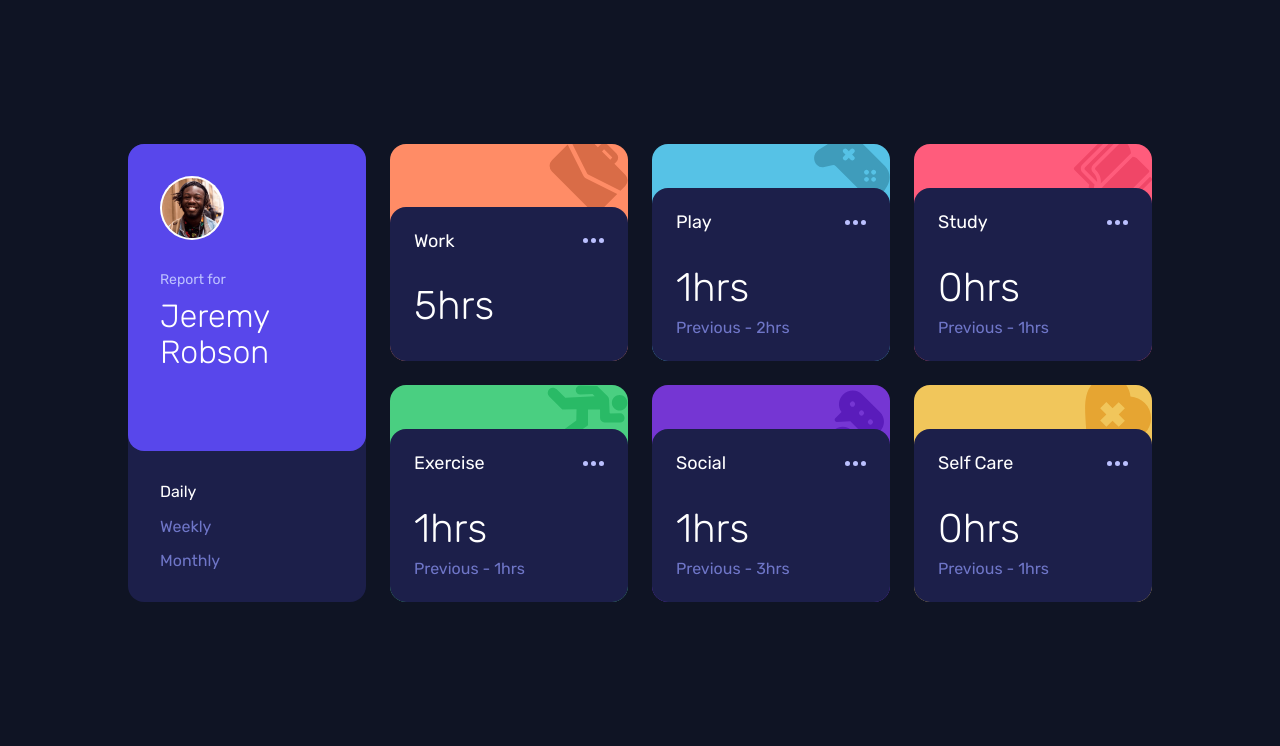
Repository: Jay-JYKim91/FM_time-tracking-dashboard
Page: index.html
The author's editor kept a copy of each file at every save. The page is drawn from the files as they stood at one save, then again after the next save.
The browser window is 1280 px wide. The pictures show the whole page.

Above is the page before, as saved 2021-12-16 22:41:04.

After the next save:
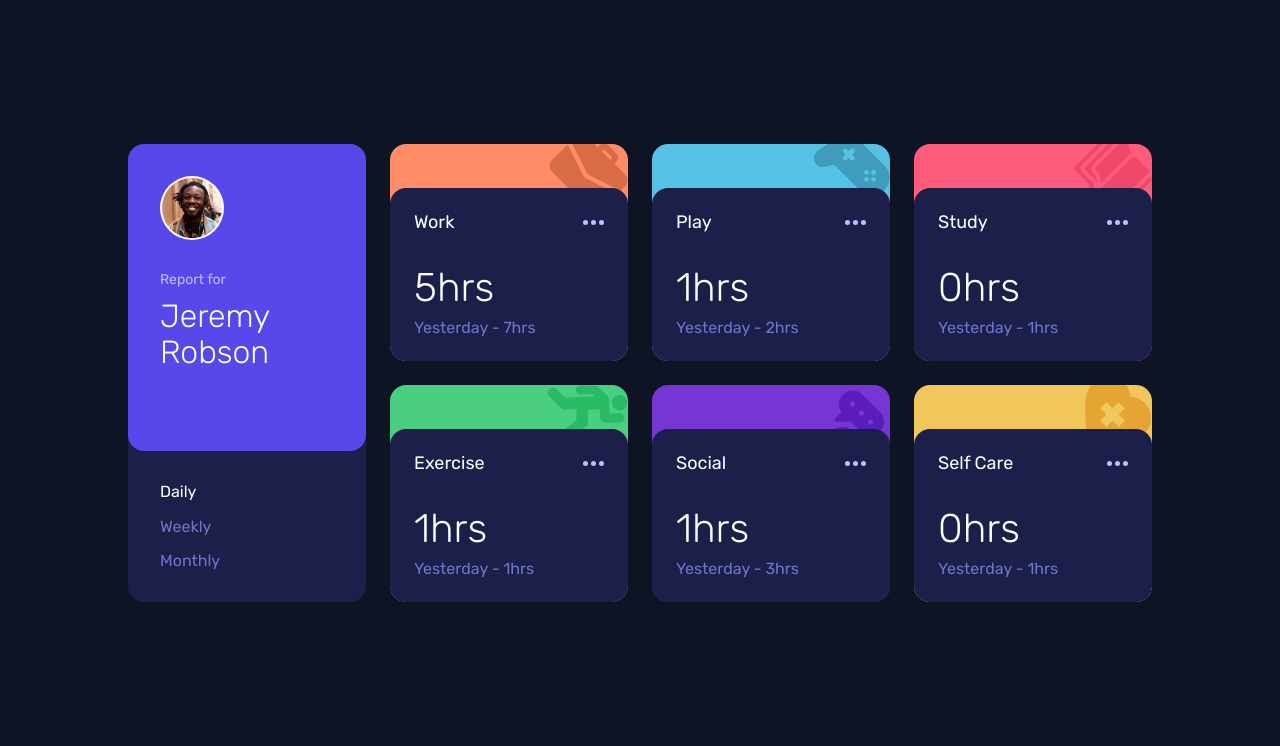
Saved 29 s later.
--- a/main.js
+++ b/main.js
@@ -31,7 +31,7 @@ fetch('./data.json')
     console.log(defaultPrevious);
     for (let i = 0; i < dailyCurrentList.length; i++) {
         defaultCurrent[i].innerText = dailyCurrentList[i] + 'hrs';
-        defaultPrevious[i].innerHext = 'Yesterday' + dailyPreviousList[i] + 'hrs';
+        defaultPrevious[i].innerText = 'Yesterday - ' + dailyPreviousList[i] + 'hrs';
     }
 })
 
